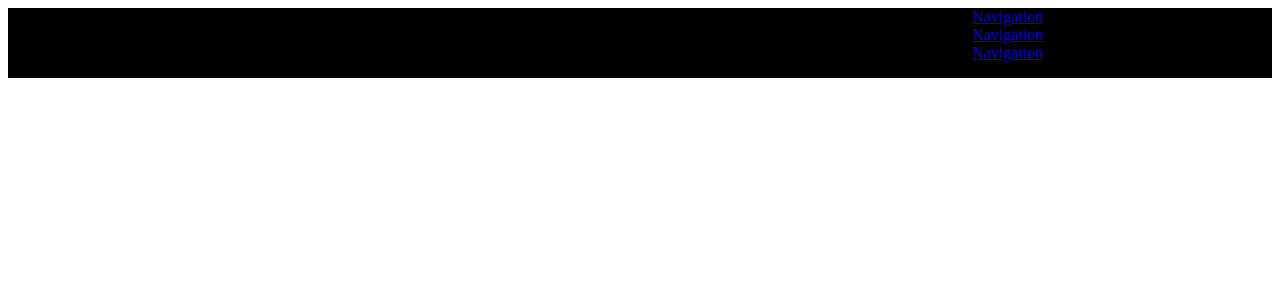
Repository: piotrokrutniak/Projekt-Studia
Page: index.html
These files come from the project's save history. The page is drawn as it stood at one moment and after the next save; the edit follows.
The browser window is 1280 px wide. The pictures show the whole page.

Above is the page before, as saved 2023-03-04 02:20:53.

After the next save:
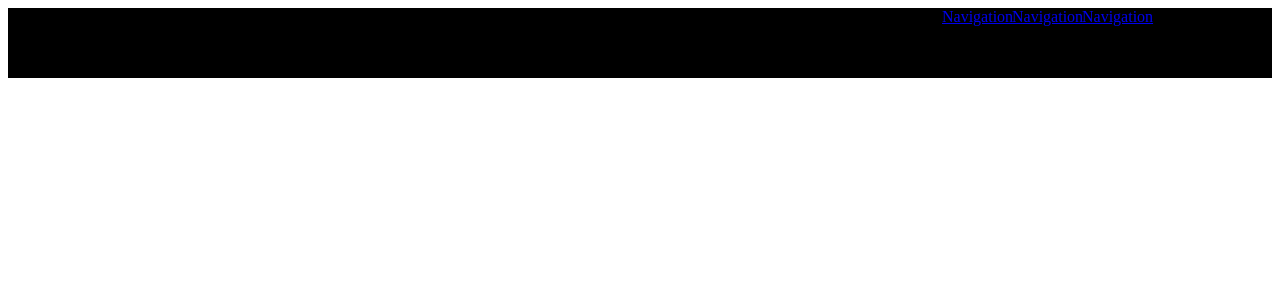
Saved 87 s later.
--- a/styles.css
+++ b/styles.css
@@ -25,5 +25,5 @@
 
 .navigation{
     display: grid;
-    grid-template-columns: minmax(70px, 180px);
+    grid-template-columns: 70px 70px 70px;
 }
